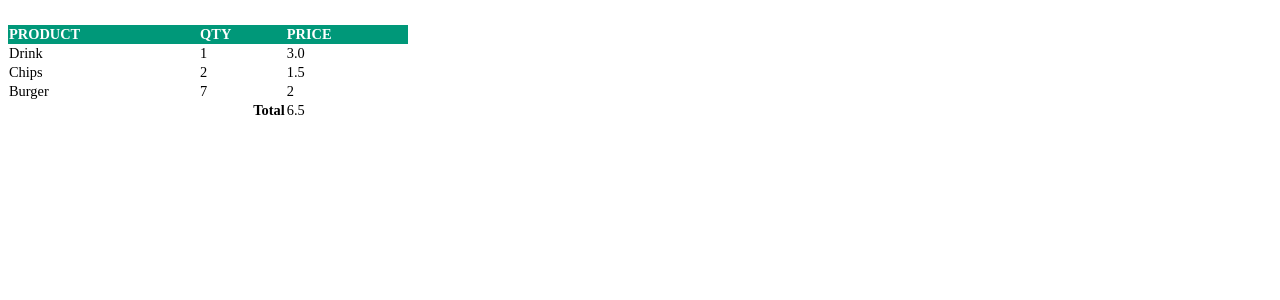
Repository: linas-dev/HTML-CSS-Projects
Page: Basic_HTML_and_CSS/HTML_Table.html
An editor plug-in stored every save of this project. The page is shown before and after the next save, followed by the edit.
The browser window is 1280 px wide. The pictures show the whole page.

Above is the page before, as saved 2021-05-30 10:16:53.

### Basic_HTML_and_CSS/HTML_Table.html
<!DOCTYPE html>
<html lang="en">
<head>
    <meta charset="UTF-8">
    <meta http-equiv="X-UA-Compatible" content="IE=edge">
    <meta name="viewport" content="width=device-width, initial-scale=1.0">
    <link rel="stylesheet" href="Basic_CSS_2.css">
    <title>Document</title>
</head>
<body>
    <table class="table">
        <thead>
            <tr>
                <td><b>PRODUCT</b></td>
                <td><b>QTY</b></td>
                <td><b>PRICE</b></td>
            </tr>
        </thead>
        <tbody>
            <tr>
                <td>Drink</td>
                <td>1</td>
                <td>3.0</td>
            </tr>
            <tr>
                <td>Chips</td>
                <td>2</td>
                <td>1.5</td>
            </tr>
            <tr>
                <td>Burger</td>
                <td>7</td>
                <td>2</td>
            </tr>
        </tbody>
        <tfoot>
            <tr>
                <td colspan="2" align="right"><b>Total</b></td>
                <td>6.5</td>
            </tr>
        </tfoot>
</body>
</html>

### Basic_HTML_and_CSS/Basic_CSS_2.css
p {
    color: #2E5757;
    background: #F0DFEE;
    font-weight: bolder;
    text-align: right;
}

.table {
    border-collapse: collapse;
    margin: 25px 0;
    font-size: 0.9em;
    min-width: 400px;
}

.table thead tr {
    background-color: #009879;
    color: #fff;
    text-align: left;
    font-weight: bold;
}

.table th, .table td {

}

After the next save:
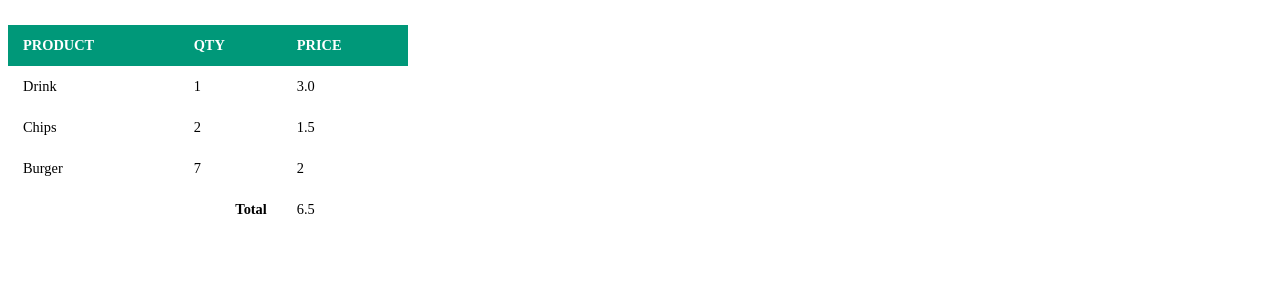
Saved 23 s later.
--- a/Basic_HTML_and_CSS/Basic_CSS_2.css
+++ b/Basic_HTML_and_CSS/Basic_CSS_2.css
@@ -20,5 +20,5 @@ p {
 }
 
 .table th, .table td {
-
+    padding: 12px 15px;
 }
